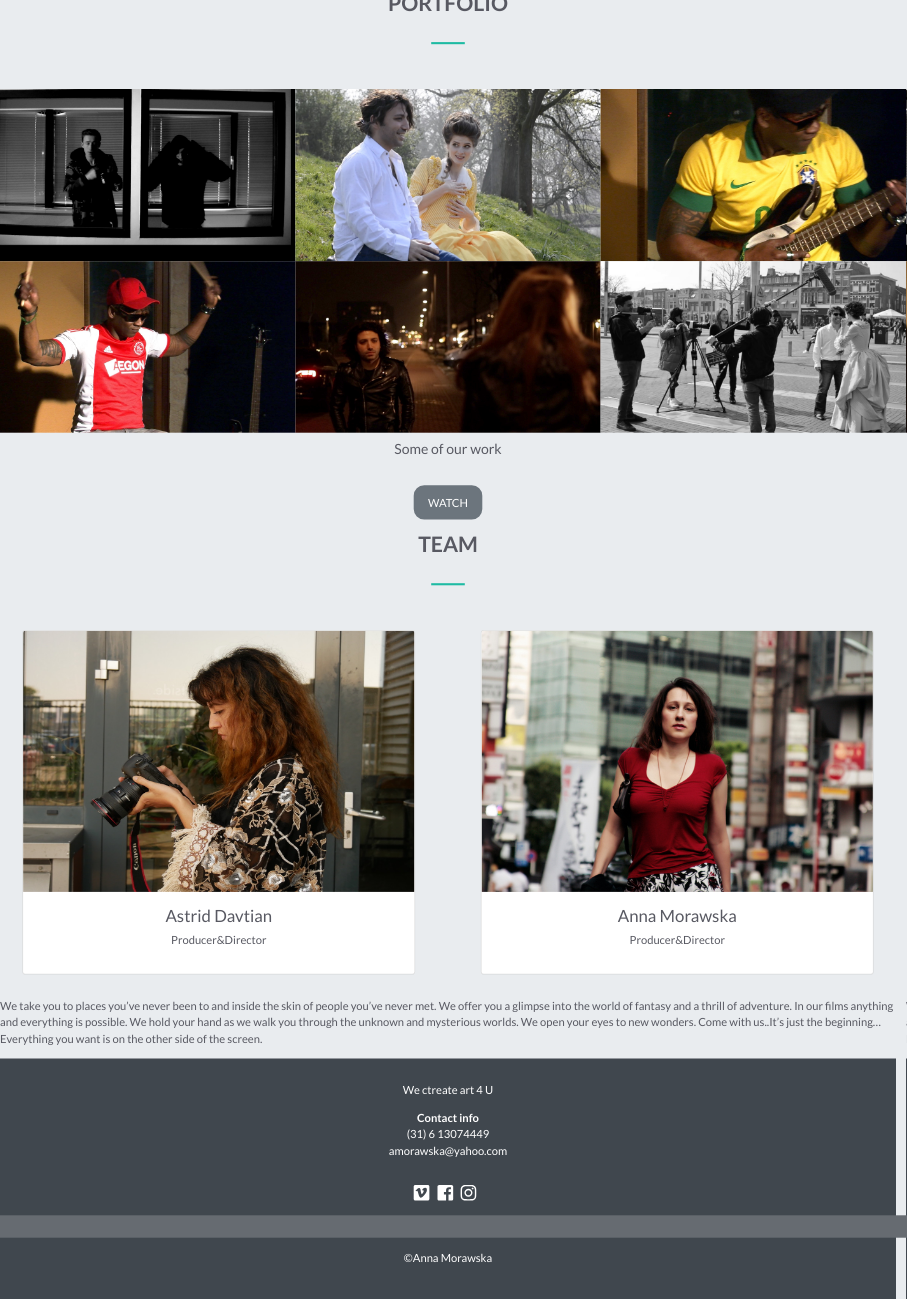
Repository: amorawskanew/My-first-website1
Page: index.html
The author's editor kept a record of every edit. The page is drawn from the files as they stood at one moment, then again after the next edit.
The browser window is 1280 px wide. The page is 1295 px wide, so the pictures cover 1295 px, including what lies to the right of the window. The pictures show the part of the page from y = 783 to 2663 px (the page is 2639 px tall before and 2663 px after), at 70% of full size.
Some web fonts or font styles are not loaded; a fallback is used. Some web libraries are served in a nearby version.

Above is the page before.

### index.html
<!DOCTYPE html>
<html lang="en">

<head>
  <meta charset="UTF-8">
  <meta name="viewport" content="width=device-width, initial-scale=1.0">
  <meta http-equiv="X-UA-Compatible" content="ie=edge">
  <link rel="stylesheet" href="https://maxcdn.bootstrapcdn.com/bootstrap/4.2.1/css/bootstrap.min.css" type="text/css" />
  <link rel="stylesheet" href="https://maxcdn.bootstrapcdn.com/font-awesome/4.7.0/css/font-awesome.min.css" type="text/css" />

  <link rel="stylesheet" href="style.css">
  <link rel="stylesheet" href="css/fixed.css">
</head>

<body data-spy="scroll" data-target="#navbarResponsive">

  <!--start home section-->

  <div id="home">

    <!--Navigation-->

    <nav class="navbar navbar-expand-md navbar-dark bg-dark fixed-top">

      <p>A&A</p>
      <button class="navbar-toggler" type="button" data-toggle="collapse" data-target="#navbarResponsive">
     <span class="navbar-toggler-icon"></span>
 </button>

      <div class="collapse navbar-collapse" id="navbarResponsive">
        <ul class="navbar-nav ml-auto">
          <li class="nav-item">
            <a class="nav-link" href="#home">Home</a>
          </li>
          <li class="nav-item">
            <a class="nav-link" href="#portfolio">Portfolio</a>
          </li>
          <li class="nav-item">
            <a class="nav-link" href="#team">Team</a>
          </li>
          <li class="nav-item">
            <a class="nav-link" href="#contact">Contact</a>
          </li>
        </ul>
      </div>
    </nav>




    <!--start image slider-->
    <div id="carouselExampleIndicators" class="carousel slide" data-ride="carousel" data-interval="7000">
      <ol class="carousel-indicators">
        <li data-target="#carouselExampleIndicators" data-slide-to="0" class="active"></li>
        <li data-target="#carouselExampleIndicators" data-slide-to="1"></li>
        <li data-target="#carouselExampleIndicators" data-slide-to="2"></li>
      </ol>
      <div class="carousel-inner" role="listbox">
        <!--slide 1-->
        <div class="carousel-item active" style="background-image: url(img/Frame-2.jpg);" alt="img/img/Frame-2.jpg">
          <div class="carousel-caption text-center">
            <h1>We tell stories</h1>
            <a class="button btn-outline-light btn-lg" href="#portfolio"> See more</a>
          </div>
        </div>

        <!--slide 2-->
        <div class="carousel-item" style="background-image: url(img/FRAMe_3.jpg);" alt="img/FRAMe_3.jpg"></div>

        <!--slide 3-->
        <div class="carousel-item" style="background-image: url(img/W.Haarlem.shooting.jpg);" alt="img/W.Haarlem.shooting.jpg"></div>
      </div>

      <!--end carousel-inner-->

      <!--prev&next buttons-->

      <a class="carousel-control-prev" href="#carouselExampleIndicators" role="button" data-slide="prev">
    <span class="carousel-control-prev-icon" aria-hidden="true"></span>
    <span class="sr-only">Previous</span>
  </a>
      <a class="carousel-control-next" href="#carouselExampleIndicators" role="button" data-slide="next">
    <span class="carousel-control-next-icon" aria-hidden="true"></span>
    <span class="sr-only">Next</span>
  </a>
    </div>

    <!--end of image slider-->


  </div>


  <!--end home section-->


  <!--start PORTFOLIO SECTION-->

  <div id="portfolio" class="offset">

    <div class="jumbotron container-fluid">
      <h3 class="heading">Portfolio</h3>
      <div class="heading-underline"></div>
    </div>


    <div class="row no-padding">

      <div class="col-sm-4">
        <div class="portfolio>">
          <a href="img/W.Film Noir.jpg" target="_blank">
          <img src="img/W.Film Noir.jpg">
          </a>
        </div>
      </div>



      <div class="col-sm-4">
        <div class="portfolio>">
          <a href="img/W.Holoream.jpg" target="_blank">
          <img src="img/W.Holoream.jpg">
          </a>
        </div>
      </div>


      <div class="col-sm-4">
        <div class="portfolio>">

          <a href="img/W.Milan.jpg" target="_blank">
          <img src="img/W.Milan.jpg">
          </a>
        </div>
      </div>


      <div class="col-sm-4">
        <div class="portfolio>">
          <a href="img/W.Milan1.jpg" target="_blank">
          <img src="img/W.Milan1.jpg">
          </a>
        </div>
      </div>



      <div class="col-sm-4">
        <div class="portfolio>">
          <a href="img/W.Tommy.Video.jpg" target="_blank">
          <img src="img/W.Tommy.Video.jpg">
          </a>
        </div>
      </div>


      <div class="col-sm-4">
        <div class="portfolio>">
          <a href="img/W.PjDexEpZSQCEN6ft97mkTA_thumb_f36.jpg" target="_blank">
          <img src="img/W.PjDexEpZSQCEN6ft97mkTA_thumb_f36.jpg">
          </a>
        </div>
      </div>

    </div>

    <div class="narrow text-center">
      <div class="col-12">
        <p class="lead"> Some of our work</p>
        <a class="btn btn-secondary btn-md" href="https://vimeo.com/335774954" target="_blank">WATCH</a>

      </div>

    </div>


  </div>

  <!--end row->



    </div><!--end jumbotron-->



  <!--end portfolio section-->

  <!--start team section-->
  <div class=wrapper>
    <div id="team" class="offset">
      <div class="col-12 text-center">
        <h3 class="heading">Team</h3>
        <div class="heading-underline"></div>
      </div>
      <div class="row padding">
        <div class="col-md-6">
          <div class="card text-center">
            <img class="card-img-top" src="img/W.ASTRID.jpg">
            <div class="card-body">
              <h4>Astrid Davtian</h4>
              <p>Producer&Director</p>
            </div>
          </div>
        </div>

        <div class="col-md-6">
          <div class="card text-center">
            <img class="card-img-top" src="img/054.JPG ">
            <div class="card-body">
              <h4>Anna Morawska</h4>
              <p>Producer&Director</p>
            </div>
          </div>
        </div>

      </div>
      <!--end of row-->
    </div>
  </div>

  <!--end team section-->
<!--text-->
  <div>
    <p>We take you to places you’ve never been to and inside the skin of people you’ve never met. We offer you a glimpse into the world of fantasy and a thrill of adventure.

    In our films anything and everything is possible. We hold your hand as we walk you through the unknown and mysterious worlds. We open your eyes to new wonders.
    Come with us..It’s just the beginning…Everything you want is on the other side of the screen.</p>
    </p>
  </div>

  <!--start contact section-->
  <footer>

    <div id="contact" class="offset"></div>
    <div class="row justify-content-center">
      <div class="col-md-5">
        <p> We ctreate art 4 U </p>
        <strong>Contact info</strong>
        <p>(31) 6 13074449<br>amorawska@yahoo.com</p>
        <a href="https://vimeo.com/manage/videos" target="_blank"><i class="fab fa-vimeo" aria-hidden="true"></i></a>
        <a href="https://www.facebook.com/anna.morawska" target="_blank"><i class="fab fa-facebook-square"></i></a>
        <a href="https://www.instagram.com/morawska690/" target="_blank"><i class="fab fa-instagram"></i></a>
      </div>
      <hr class="socket"> &copy;Anna Morawska

    </div>
    <!--end of row-->
  </footer>

  <!--end-->


  <script src=" https://use.fontawesome.com/releases/v5.6.1/js/all.js"></script>
  <script src="https://code.jquery.com/jquery-3.4.1.slim.min.js"></script>
  <script src="https://cdnjs.cloudflare.com/ajax/libs/popper.js/1.15.0/umd/popper.min.js"></script>
  <script src="https://stackpath.bootstrapcdn.com/bootstrap/4.3.1/js/bootstrap.min.js"></script>

</body>

</html>

### style.css
@import url('https://fonts.googleapis.com/css?family=Lato:400,700');
@import url('https://fonts.googleapis.com/css?family=Raleway,:300,400,500,700,900');
@import url('https://fonts.googleapis.com/css?family=Great+Vibes&display=swap |font-effect-fire-animation');

body {

    overflow-x: hidden;
    font-family: 'Lato', sans-serif;
    color: #585962;
     background-color:#e9ecef;
    width:100%;



}

.offset:before {
    height: 3.8rem;
    margin-top: -3.8rem;
    content: "";
    display: block;

}

/*Navbar style*/

.navbar {
    text-transform: uppercase;
    font-weight: 700;
    font-size: .9rem;
    background: rgba(0, 0, 0, .6);
    color:white;

}

.navbar-nav li {
    padding-right: .7rem;

}

.navbar-dark .navbar-nav .nav-link {

    color: white;
    padding-top: .8rem;
}

.navbar-dark .navbar-nav .nav-link .active,
.navbar-dark .navbar-nav .nav-link:hover {
    color: #f54295;
}

/*--slider--*/


.carousel-item {
    height: 100vh;
    background-size: cover;
    background-repeat: no-repeat;
    width:100%;

}

/*---remove it---*/
.carousel-caption h1{
    font-size:6rem;
    font-weight  :500;
     font-family: 'Great Vibes';
    color:white;
    text-align:center;
    background-color:no;
    margin-bottom:15rem;
    text-shadow:.1rem .1rem .5rem black;
}

/*---up to here--*/

.btn-lg {
    border-width: medium;
    border-radius: 10px;
    font-size: 1.1rem;
    text-transform: uppercase;
}


/*-----*/



.btn-md {
    border-width: medium;
    border-radius: 15px;
    padding: .6rem 1.1rem;
    text-transform: uppercase;
    margin: 1rem;
}

/* text above portfolio--*/

.jumbotron {
    border-radius: 0;
    padding: 3rem 0 2rem;
    margin-bottom:0;

}

 .heading  {
    font-size: 1.9rem;
    font-weight: 700;
    text-transform: uppercase;
    padding-bottom: 1.9rem;
    text-align: center;
}


.heading-underline {
    width: 3rem;
    height: .2rem;
    background-color: #1ebba3;
    margin: 0 auto 2rem;
}
/*--portfolio---*/


  .col-sm-4 img {

    transition:transform .5s ease;
    background-size: cover;
   max-width:100%;
    padding:0;
    margin:0;

}

.no-padding .col-sm-4
   {
        padding:0;
    }

.col-sm-4 img:hover {
      transform: scale(1.1);
      cursor: zoom-in;
  }
  .portfolio {
      overflow:hidden;

  }

   /*---text --some of our work --*/

  .lead{
      padding:.4rem;

  }

 .narrow-text-text: center  {

  }
      /*team----*/
      .card {
          margin: 2rem;

      }

      /*---contact--*/

    footer {
    text-align:center;
    background-color:#40474e;
    color:white;
    padding: 2rem 0 3rem;
    margin-top: 1rem;
    width:100%;

    }

    footer a {
        color:white;
    }

    footer svg.svg-inline--fa {
        font-size:1.6rem;
        margin: 1.2rem .5rem 0 0;
    }

    footer svg.svg-inline--fa:hover {
        color:#f54295;
    }

    hr.socket{
        border-top: 2rem solid #666b71;
        width:100%;
    }

     /*--media queries--*/

   @media (max-width:767px) {
   .btn-lg {
       font-size: 1.1rem;
   }
   .carousel-caption h1 {
    font-size:3rem;
    margin-bottom:15rem;

}

}

Loaded but not shown: css/fixed.css (no stored copy; drawn as an empty file)

After the next edit:
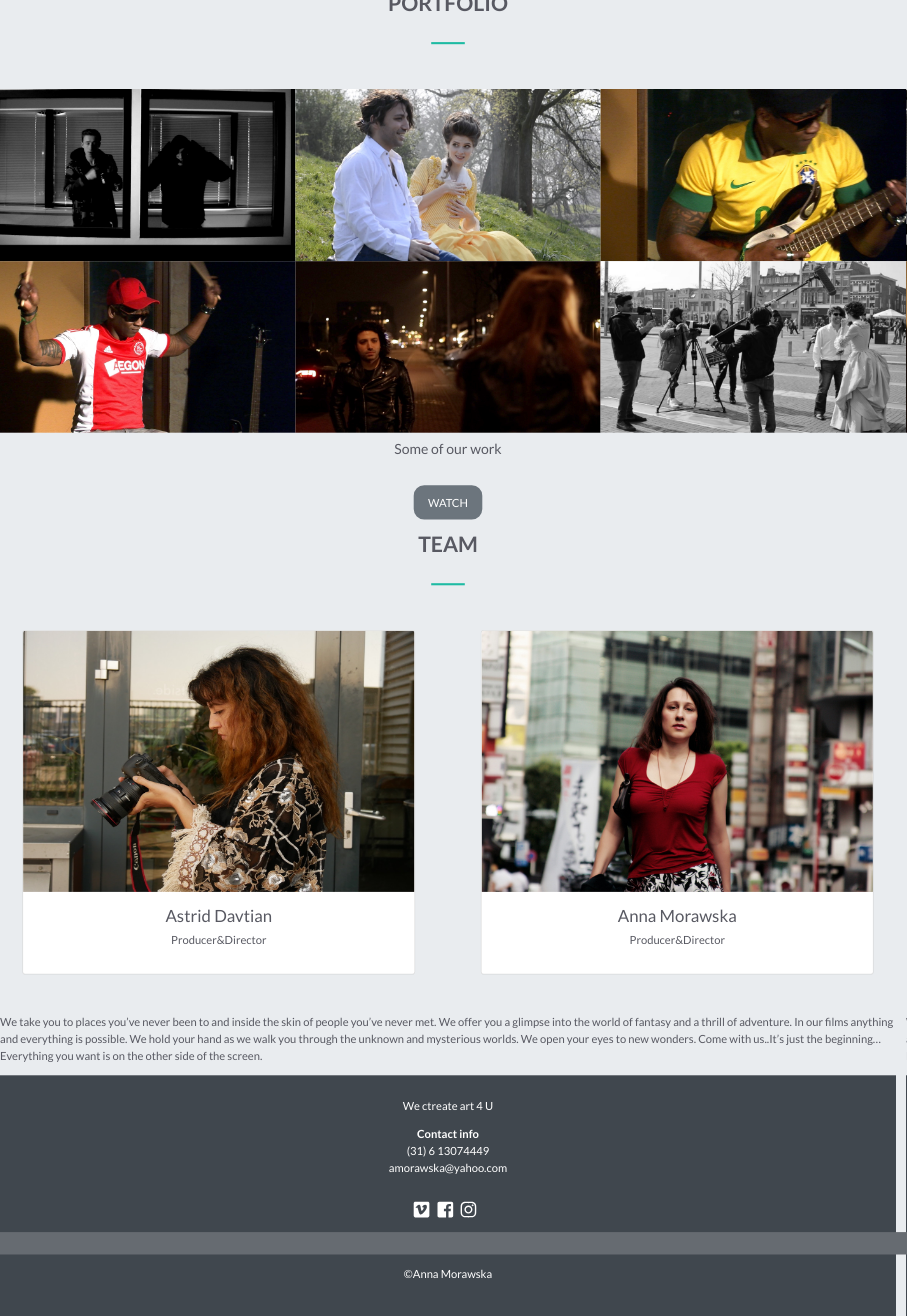
The edit:
--- a/index.html
+++ b/index.html
@@ -222,7 +222,7 @@
   <!--end team section-->
 <!--text-->
   <div>
-    <p>We take you to places you’ve never been to and inside the skin of people you’ve never met. We offer you a glimpse into the world of fantasy and a thrill of adventure.
+   <br> <p>We take you to places you’ve never been to and inside the skin of people you’ve never met. We offer you a glimpse into the world of fantasy and a thrill of adventure.
 
     In our films anything and everything is possible. We hold your hand as we walk you through the unknown and mysterious worlds. We open your eyes to new wonders.
     Come with us..It’s just the beginning…Everything you want is on the other side of the screen.</p>
